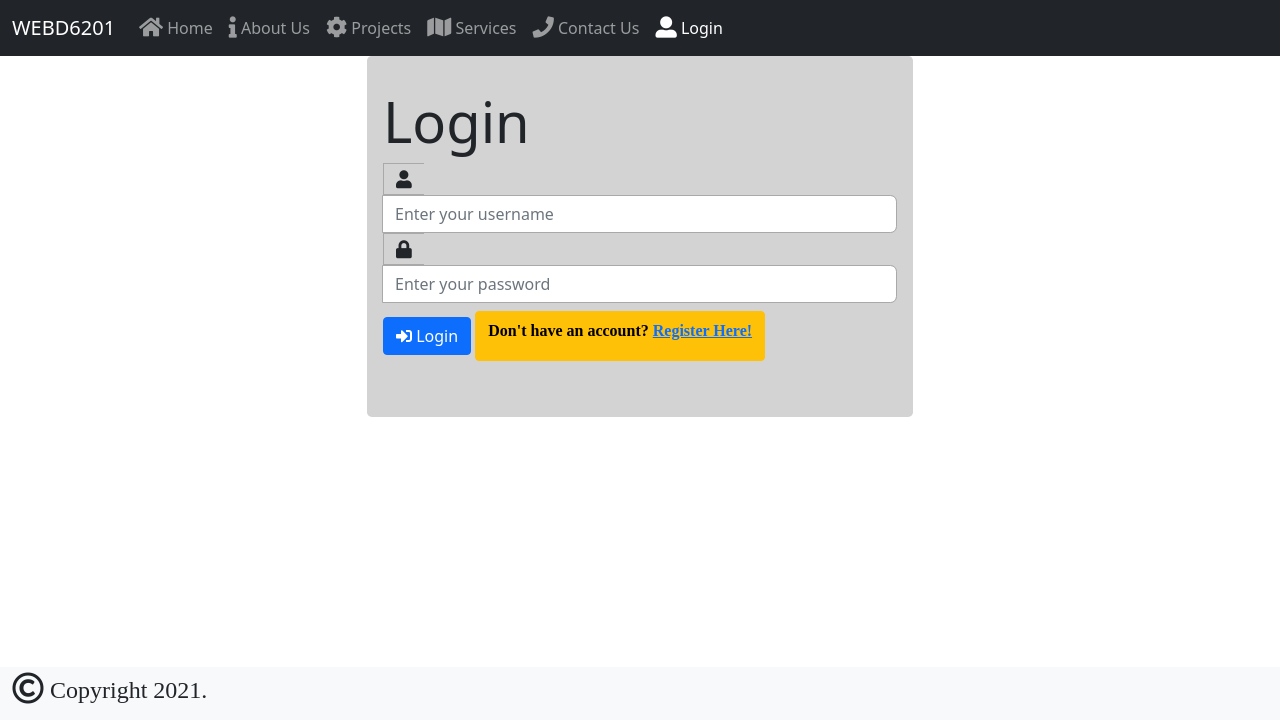
Repository: CKM206/WebD6201-W2021-ICE5
Page: login.html
An editor plug-in stored every save of this project. The page is shown before and after the next save, followed by the edit.
The browser window is 1280 px wide. The pictures show the whole page.

Above is the page before, as saved 2021-03-07 01:26:39.

### login.html
<!DOCTYPE html>
<html lang="en">
<head>
    <meta charset="UTF-8">
    <meta name="viewport" content="width=device-width, initial-scale=1.0">
    <title>Login</title>
    <!-- CSS Section -->
    <link rel="stylesheet" href="./node_modules/bootstrap/dist/css/bootstrap.min.css">
    <link rel="stylesheet" href="./node_modules/@fortawesome/fontawesome-free/css/all.min.css">
    <link rel="stylesheet" href="./Content/app.css">
</head>
<body>
    <!-- Main Header -->
    <header>
        <!-- Main Navigation -->
        <nav class="navbar navbar-expand-lg navbar-dark bg-dark">
            <div class="container-fluid">
              <a class="navbar-brand" href="index.html">WEBD6201</a>
              <button class="navbar-toggler" type="button" data-bs-toggle="collapse" data-bs-target="#navbarSupportedContent" aria-controls="navbarSupportedContent" aria-expanded="false" aria-label="Toggle navigation">
                <span class="navbar-toggler-icon"></span>
              </button>
              <div class="collapse navbar-collapse" id="navbarSupportedContent">
                <ul class="navbar-nav me-auto mb-2 mb-lg-0">
                  <li class="nav-item">
                    <a class="nav-link" aria-current="page" href="index.html"><i class="fas fa-home fa-lg"></i> Home</a>
                  </li>

                  <li class="nav-item">
                    <a class="nav-link" aria-current="page" href="about.html"><i class="fas fa-info fa-lg"></i> About Us</a>
                  </li>

                  <li class="nav-item">
                    <a class="nav-link" aria-current="page" href="projects.html"><i class="fas fa-cog fa-lg"></i> Projects</a>
                  </li>

                  <li class="nav-item">
                    <a class="nav-link" aria-current="page" href="services.html"><i class="fas fa-map fa-lg"></i> Services</a>
                  </li>

                  <li class="nav-item">
                    <a class="nav-link" aria-current="page" href="contact.html"><i class="fas fa-phone fa-lg"></i> Contact Us</a>
                  </li>
                  <li id="loginListItem" class="nav-item">
                    <a class="nav-link active" aria-current="page" href="login.html"><i class="fas fa-user-alt fa-lg"></i> Login</a>
                  </li>
                </ul>
              </div>
            </div>
          </nav>
    </header>

    <!-- Main Content -->
    <main class="container" id="mainContent">
      <div class="row">
          <div class="offset-md-3 col-md-6 col-sm-12">
                <div class="login" id="contentArea">
                    <h1 class="display-4">Login</h1>
                    <form id="loginForm" novalidate>

                      <div class="form-group">
                        <div class="input-group">
                          <span class="input-group-addon">
                            <i class="fa fa-user">
                            </i>
                          </span>
                          <input type="text" class="form-control" id="username" name="username"  required
                          value="" placeholder="Enter your username">
                        </div>

                      </div>

                      <div class="form-group mb-2">
                        <div class="input-group">
                          <span class="input-group-addon">
                            <i class="fa fa-lock">
                            </i>
                          </span>
                          <input type="password" class="form-control" id="password" name="password"  required
                          value="" placeholder="Enter your password">
                        </div>

                      </div>
                      <div class="text-right">
                        <button id="loginButton" type="submit" class="btn btn-primary"> <i class="fas fa-sign-in-alt"></i> Login</button>
                        <button id="cancelButton" type="button" class="btn btn-warning"> <i class="fas fa-undo></i> Login</button>
                      </div>



                </div>
                <p class="text-center text-muted small">
                  Don't have an account?
                  <a href="register.html">Register Here!</a>
                </p>
          </div>
      </div>
  </main>

    <!-- Main Footer -->
    <footer>
        <nav class="navbar fixed-bottom navbar-light bg-light">
            <div class="container-fluid">
              <h4><i class="far fa-copyright fa-lg"></i> Copyright 2021.</h4>
            </div>
          </nav>
    </footer>

    <!-- Script Section-->
    <script src="./node_modules/jquery/dist/jquery.min.js"></script>
    <script src="./node_modules/bootstrap/dist/js/bootstrap.bundle.min.js"></script>

    <script src="./Scripts/namespace.js"></script>
    <script src="./Scripts/contact.js"></script>
    <script src="./Scripts/user.js"></script>
    <script src="./Scripts/app.js"></script>
</body>
</html>

### Content/app.css
/* custom css goes here */
.input-group-addon:first-child
{
    border-right: 0;
}

.input-group-addon
{
    padding: 6px 12px;
    font-size: 14px;
    font-weight: 400;
    line-height: 1;
    text-align: center;
    border: 1px solid darkgrey;
    border-radius: 4xpx;
}

.input-group-addon .fa
{
    font-size: 18px;
}

.input-group .form-control
{
    position:relative;
    z-index: 2;
    float:left;
    width: 100%;
    margin-bottom: 0;
}

.input-group .form-control:last-child
{
    border-top-left-radius: 0;
    border-bottom-left-radius: 0;
}



.login
{
    padding: 2rem 1rem;
    margin-bottom: 2rem;
    background-color: lightgrey;
    border-radius: .3rem;
}

.login input
{
    background-color: white;
    border-color: darkgrey;
    border-radius: .4em;
    width: 100%;
}

### Scripts/namespace.js

// namespace core
let core;

### Scripts/contact.js
"use strict";
// Contact Class

((core)=>{
  class Contact {
    // getters and setters
    get FullName()
    {
      return this.m_fullName;
    }

    set FullName(value)
    {
      this.m_fullName = value;
    }

    get ContactNumber()
    {
      return this.m_contactNumber;
    }

    set ContactNumber(value)
    {
      this.m_contactNumber = value;
    }

    get EmailAddress()
    {
      return this.m_emailAddress;
    }

    set EmailAddress(value)
    {
      this.m_emailAddress = value;
    }

    // constructor

    /**
     * @param {string} fullName
     * @param {string} contactNumber
     * @param {string} emailAddress
     */
    constructor(fullName = "", contactNumber = "", emailAddress = "")
    {
      this.FullName = fullName;
      this.ContactNumber = contactNumber;
      this.EmailAddress = emailAddress;
    }

    // methods

    /**
     * This method overrides the built-in toString method for the Contact class
     *
     * @returns {string}
     */
    toString()
    {
      return `Full Name     : ${this.FullName} \nContact Number: ${this.ContactNumber}\nEmail Address : ${this.EmailAddress}`;
    }

    /**
     * This method returns a JSON object made up of the properties of the Contact class
     *
     * @returns {Object}
     */
    toJSON()
    {
      return {
        "FullName": this.FullName,
        "ContactNumber": this.ContactNumber,
        "EmailAddress": this.EmailAddress
      }
    }

    /**
     * This method takes a Json data Object and assigns the values to the Contact Class Object.
     * @param {Object} data
     */
    fromJSON(data)
    {
      this.FullName = data.FullName,
      this.ContactNumber = data.ContactNumber,
      this.EmailAddress = data.EmailAddress;
    }

    /**
     * This method converts the Contact into a comma-separated value string
     *
     * @returns {string}
     */
    serialize()
    {
      if(this.FullName !== "" && this.ContactNumber !== "" && this.EmailAddress !== "")
      {
        return `${this.FullName},${this.ContactNumber},${this.EmailAddress}`;
      }
      else
      {
        console.error("One or more properties of the Contact is empty");
        return null;
      }
    }

    /**
     * This method takes a comma-separated data string and assigns the values to the Contact class properties
     *
     * @param {string} data
     * @return {void}
     */
    deserialize(data)
    {
      let propertyArray = data.split(",");
      this.FullName = propertyArray[0];
      this.ContactNumber = propertyArray[1];
      this.EmailAddress = propertyArray[2];
    }

  }

  core.Contact = Contact;

})(core || (core={}));

### Scripts/user.js
"use strict";
// User Class

((core)=>{
  class User {
    // getters and setters
    get DisplayName()
    {
      return this.m_displayName;
    }

    set DisplayName(value)
    {
      this.m_displayName = value;
    }

    get EmailAddress()
    {
      return this.m_emailAddress;
    }

    set EmailAddress(value)
    {
      this.m_emailAddress = value;
    }

    get UserName()
    {
      return this.m_username;
    }

    set UserName(value)
    {
      this.m_username = value;
    }

    get Password()
    {
      return this.m_password;
    }

    set Password(value)
    {
      this.m_password = value;
    }

    // constructor

   /**
    * Creates an instance of User.
    * @param {string} [displayName=""]
    * @param {string} [emailAddress=""]
    * @param {string} [username=""]
    * @param {string} [password=""]
    * @memberof User
    */
   constructor(displayName = "", emailAddress = "", username = "", password = "")
    {
      this.DisplayName = displayName;
      this.EmailAddress = emailAddress;
      this.Username = username;
      this.Password = password;
    }

    // methods

    /**
     * This method overrides the built-in toString method for the User class
     *
     * @returns {string}
     */
    toString()
    {
      return `Display Name     : ${this.DisplayName} \nEmail Address : ${this.EmailAddress} \nUser Name: ${this.Username}`;
    }

    /**
     * This method returns a JSON object made up of the properties of the User class
     *
     * @returns {Object}
     */
    toJSON()
    {
      return {
        "DisplayName": this.DisplayName,
        "EmailAddress": this.EmailAddress,
        "Username": this.Username,
        "Password": this.Password
      }
    }

    /**
     * This method takes a Json data Object and assigns the values to the User Class Object.
     * @param {Object} data
     */
    fromJSON(data)
    {
      this.DisplayName = data.DisplayName;
      this.EmailAddress = data.EmailAddress;
      this.Username = data.Username;
      this.Password = data.Password;
    }

    /**
     * This method converts the User into a comma-separated value string
     *
     * @returns {string}
     */
    serialize()
    {
      if(this.DisplayName !== "" && this.EmailAddress !== "" && this.UserName !== "")
      {
        return `${this.DisplayName},${this.EmailAddress},${this.UserName}`;
      }
      else
      {
        console.error("One or more properties of the User is empty");
        return null;
      }
    }

    /**
     * This method takes a comma-separated data string and assigns the values to the User class properties
     *
     * @param {string} data
     * @return {void}
     */
    deserialize(data)
    {
      let propertyArray = data.split(",");
      this.DisplayName = propertyArray[0];
      this.EmailAddress = propertyArray[1];
      this.UserName = propertyArray[2];
    }

  }

  core.User = User;

})(core || (core={}));

### Scripts/app.js
/* custom JavaScript goes here */

//IIFE - Immediately Invoked Function Expression
//AKA - Anonymous Self-Executing Function
//Closure - limits scope leak

"use strict";

((core) =>
{
    function displayHome()
    {
        let paragraphOneText =
          "This is a simple site to demonstrate DOM Manipulation for ICE 1";

        let paragraphOneElement = document.getElementById("paragraphOne");

        paragraphOneElement.textContent = paragraphOneText;
        paragraphOneElement.className = "fs-5";

        // Step 1. document.createElement
        let newParagraph = document.createElement("p");
        // Step 2. configure the element
        newParagraph.setAttribute("id", "paragraphTwo");
        newParagraph.textContent = "...And this is paragraph two";
        // Step 3. select the parent element
        let mainContent = document.getElementsByTagName("main")[0];
        // Step 4. Add / Insert the element
        mainContent.appendChild(newParagraph);

        newParagraph.className = "fs-6";

        // another way of injecting content
        let paragraphDiv = document.createElement("div");
        let paragraphThree = `<p id="paragraphThree" class="fs-7 fw-bold">And this is the Third Paragraph</p>`;
        paragraphDiv.innerHTML = paragraphThree;

        // insertions

        // example of inserting before a node
        //newParagraph.before(paragraphDiv);

        // example of inserting after a node
        newParagraph.after(paragraphDiv);

        // deletions

        // example of removing a single element
        //paragraphOneElement.remove();

        // example of removeChild
        mainContent.removeChild(paragraphOneElement);

        // update / modification
        //mainContent.firstElementChild.textContent = "Welcome Home!";

        mainContent.innerHTML = `<h1 id="firstHeading">Welcome to WEBD6201 - Lab 1</h1>
         <p id="paragraphOne" class="fs-3 fw-bold">This is my first Paragraph</p>
        `;

    }

    function displayAbout()
    {

    }

    function displayProjects()
    {

    }

    function displayServices()
    {

    }

    function testFullName()
    {
      let messageArea = $("#messageArea").hide();
      let fullNamePattern = /([A-Z][a-z]{1,25})+(\s|,|,\s|-)([A-Z][a-z]{1,25})(\s|,|,\s|-)*/

        // form validation
        $("#fullName").on("blur", function()
        {
          if(!fullNamePattern.test($(this).val()))
          {
            $(this).trigger("focus").trigger("select");
            messageArea.show().addClass("alert alert-danger").text("Please enter a valid Full Name. This must include at least an Capitalized First and Last Name.");
          }
          else
          {
              messageArea.removeAttr("class").hide();
          }
        });
    }

    function testContactNumber()
    {
      let messageArea = $("#messageArea").hide();
      let contactNumberPattern = /^(\+\d{1,2}\s)?\(?\d{3}\)?[\s.-]?\d{3}[\s.-]?\d{4}$/
        // form validation
        $("#contactNumber").on("blur", function()
        {
          if(!contactNumberPattern.test($(this).val()))
          {
            $(this).trigger("focus").trigger("select");
            messageArea.show().addClass("alert alert-danger").text("Please enter a valid Contact Number. Country Code and Area Code are optional.");
          }
          else
          {
              messageArea.removeAttr("class").hide();
          }
        });
    }

    function testEmailAddress()
    {
      let messageArea = $("#messageArea").hide();
      let emailAddressPattern = /^([a-zA-Z0-9._%-]+@[a-zA-Z0-9.-]+\.[a-zA-Z]{2,6})*$/
        // form validation
        $("#emailAddress").on("blur", function()
        {
          if(!emailAddressPattern.test($(this).val()))
          {
            $(this).trigger("focus").trigger("select");
            messageArea.show().addClass("alert alert-danger").text("Please enter a valid email address.");
          }
          else
          {
              messageArea.removeAttr("class").hide();
          }
        });
    }

    function formValidation()
    {
      testFullName();
      testContactNumber();
      testEmailAddress();
    }

    function displayContact()
    {

      // Form Validation
      formValidation();

      $("#sendButton").on("click", (event)=>
      {
        if($("#subscribeCheckbox")[0].checked)
        {
          let contact = new core.Contact(fullName.value, contactNumber.value, emailAddress.value);

          if(contact.serialize())
          {
            let key = contact.FullName.slice(0,1) + Date.now();
            localStorage.setItem(key, contact.serialize());
          }
          }
      });
    }

    function displayContactList()
    {
      // SHows what happens with asynchronous methods
      //console.log("Outside the event listener: " + XHR.responseText);

      if (localStorage.length > 0)
      {
        let contactList = document.getElementById("contactList");

        let data = "";

        let keys = Object.keys(localStorage);

        let index = 0;

        for (const key of keys)
        {

          let contactData = localStorage.getItem(key);

          let contact = new core.Contact();
          contact.deserialize(contactData);

          data += `<tr>
          <th class="text-center" scope="row">${index}</th>
          <td>${contact.FullName}</td>
          <td>${contact.ContactNumber}</td>
          <td>${contact.EmailAddress}</td>
          <td class="text-center"><button value="${key}" class="btn btn-primary btn-sm edit"><i class="fas fa-edit fa-sm"></i> Edit</button></td>
          <td class="text-center"><button value="${key}" class="btn btn-danger btn-sm delete"><i class="fas fa-trash-alt fa-sm"></i> Delete</button></td>
        </tr>`;

        index++;
        }

        contactList.innerHTML = data;


        $("button.edit").on("click", function(){
          location.href = "edit.html#" + $(this).val();
         });

         $("button.delete").on("click", function(){
           if(confirm("Are you sure?"))
           {
            localStorage.removeItem($(this).val());
            location.href = "contact-list.html"; // refresh the page
           }
         });

         $("#addButton").on("click", function()
         {
           location.href = "edit.html";
         });
      }
    }


    function displayEdit()
    {
      // Get the Key from the url hash
      let key = location.hash.substring(1);
      // Set up a new contact to hold info
      let contact = new core.Contact();

      // Check if the key is empty, if not
      if (key != "")
      {
        // Get the contact information
        contact.deserialize(localStorage.getItem(key));

        // Display the information in the form
        $("#fullName").val(contact.FullName);
        $("#contactNumber").val(contact.ContactNumber);
        $("#emailAddress").val(contact.EmailAddress);
      }
      else
      {
        $("main>h1").text("Add Contact");
        $("#editButton").html('<i class="fas fa-plus-circle fa-lg"></i> Add');
      }

      // Form Validation
      formValidation();

      // When the edit button is clicked
      $("#editButton").one("click", function()
      {

        if(document.forms[0].checkValidity())
        {
          // If the key is empty, we are making a new contact
          if(key == "")
          {
            // Create a new key for this contact
            key = contact.FullName.slice(0,1) + Date.now();
          }

          // Copy the Contact Info from the form into the Contact Objet
          contact.FullName = $("#fullName").val();
          contact.ContactNumber = $("#contactNumber").val();
          contact.EmailAddress = $("#emailAddress").val();

          // Add the Contact to LocalStorage
          localStorage.setItem(key, contact.serialize());
          location.href = "contact-list.html";
        }
      });

      // When the Cancel Button is clicked
      $("#cancelButton").on("click", function()
      {
        // Return the user to the contact list
        location.href = "contact-list.html";
      });

    }

    function displayLogin()
    {

    }

    function displayRegister()
    {

    }


    function Start()
    {
        console.log("App Started...");

        switch (document.title)
        {
          case "Home":
              displayHome();
            break;
          case "About":
              displayAbout();
            break;
          case "Projects":
              displayProjects();
            break;
          case "Services":
              displayServices();
            break;
          case "Contact":
              displayContact();
            break;
          case "Contact-List":
            displayContactList();
            break;
          case "Edit":
            displayEdit();
            break;
          case "Login":
            displayLogin();
            break;
          case "Register":
            displayRegister();
            break;
        }

    }

    window.addEventListener("load", Start);

    core.Start = Start;

})(core || (core={}));

Loaded but not shown: node_modules/bootstrap/dist/css/bootstrap.min.css (library); node_modules/@fortawesome/fontawesome-free/css/all.min.css (library); node_modules/jquery/dist/jquery.min.js (library); node_modules/bootstrap/dist/js/bootstrap.bundle.min.js (library)

After the next save:
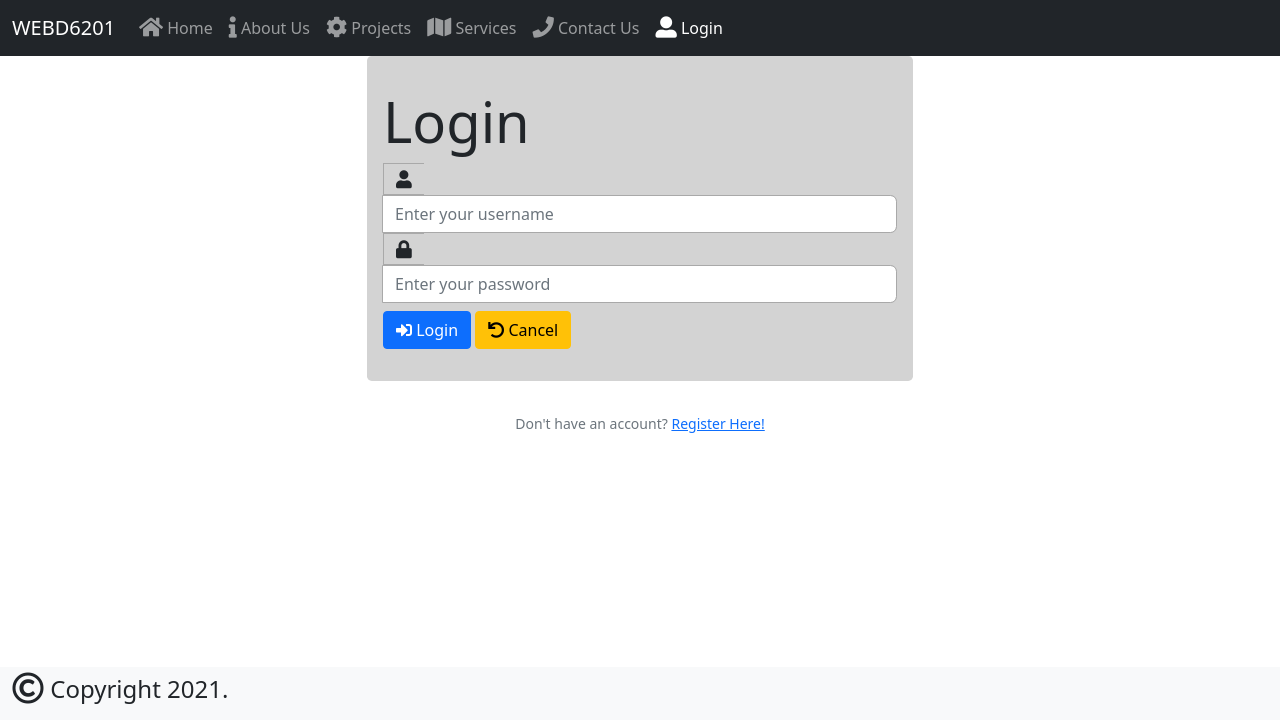
Saved 30 s later.
--- a/login.html
+++ b/login.html
@@ -82,10 +82,10 @@
                       </div>
                       <div class="text-right">
                         <button id="loginButton" type="submit" class="btn btn-primary"> <i class="fas fa-sign-in-alt"></i> Login</button>
-                        <button id="cancelButton" type="button" class="btn btn-warning"> <i class="fas fa-undo></i> Login</button>
+                        <button id="cancelButton" type="button" class="btn btn-warning"> <i class="fas fa-undo"></i> Cancel</button>
                       </div>
-
-
+                      </form>
+                    </div>
 
                 </div>
                 <p class="text-center text-muted small">
